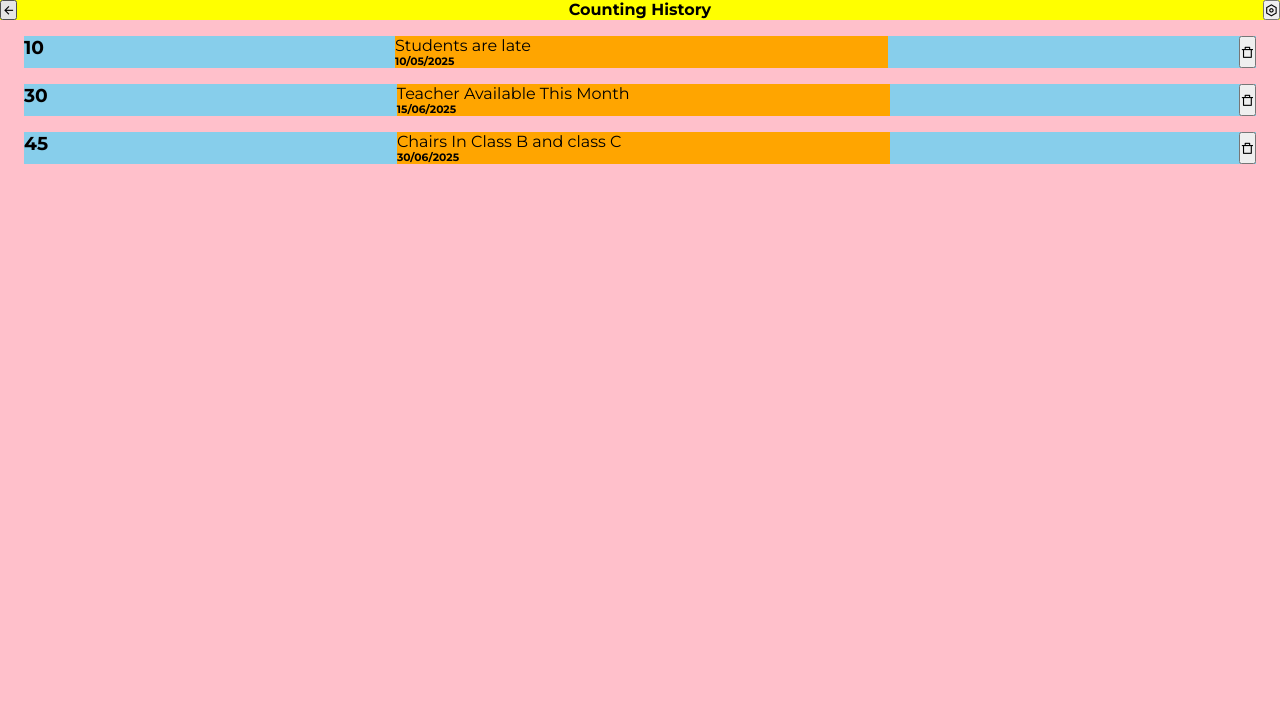
Repository: EguJaredoBoyd/Jared-Counter-App
Page: index.html
An editor plug-in stored every save of this project. The page is shown before and after the next save, followed by the edit.
The browser window is 1280 px wide. The pictures show the whole page.
After loading, the first visible `#toggle-button` was clicked once.

Above is the page before, as saved 2025-11-27 00:10:32.

### index.html
<!DOCTYPE html>
<html lang="en">

<head>
    <meta charset="UTF-8">
    <meta name="viewport" content="width=device-width, initial-scale=1.0">
    <title>Document</title>
    <link rel="preconnect" href="https://fonts.googleapis.com">
    <link rel="preconnect" href="https://fonts.gstatic.com" crossorigin>
    <link href="https://fonts.googleapis.com/css2?family=Montserrat:ital,wght@0,100..900;1,100..900&display=swap"
        rel="stylesheet">
    <link href="https://cdn.jsdelivr.net/npm/remixicon@4.2.0/fonts/remixicon.css" rel="stylesheet">
    <link rel="stylesheet" href="style.css">
    <script src="script.js" defer></script>
    <script src="toggle-script.js" defer></script>
</head>

<body id="body">
    <header>
        <button id="toggle-button"><i class="ri-menu-line"></i></button>
        <div class="header__button__ul--toggle-list" id="toggle-list">
            <div class="header__div__ul--header">
                <button id="toggle-button-close"><i class="ri-arrow-left-line"></i></button>
                <h4>Counting History</h4>
                <button><i class="ri-settings-line"></i></button>
            </div>
            <ul>
                <li>
                    <h3>10</h3>
                    <div class="li__div--content">
                        <p>Students are late</p>
                        <h6>
                            10/05/2025
                        </h6>
                    </div>
                    <button><i class="ri-delete-bin-7-line"></i></button>
                </li>
                <li>
                    <h3>30</h3>
                    <div class="li__div--content">
                        <p>Teacher Available This Month</p>
                        <h6>15/06/2025</h6>
                    </div>
                    <button><i class="ri-delete-bin-7-line"></i></button>
                </li>
                <li>
                    <h3>45</h3>
                    <div class="li__div--content">
                        <p>Chairs In Class B and class C</p>
                        <h6>30/06/2025</h6>
                    </div>
                    <button><i class="ri-delete-bin-7-line"></i></button>
                </li>
            </ul>
        </div>
        <button id="reset"><i class="ri-refresh-line"></i></button>
        <button><i class="ri-save-line"></i></i></button>
    </header>

    <main>
        <p id="start-count">0</p>
        <button id="decrement"><i class="ri-subtract-line"></i></button>
        <button id="increment"><i class="ri-add-large-line"></i></button>
    </main>

    <footer>
        <h6>JARED COUNTER APP</h6>
    </footer>







</body>

</html>

### style.css
* {
    padding: 0;
    margin: 0;
    box-sizing: border-box;
    font-family: "Montserrat", sans-serif;

}

:root {
    --primary-color: #0d1b2a;
    --secondary-color: #e0e1dd;
}

body {
    display: flex;
    flex-direction: column;
    height: 100vh;
    justify-content: space-between;
}

header {
    display: flex;
    justify-content: space-between;
    background-color: red;
}

.header__button__ul--toggle-list {
    background-color: pink;
    display: none;
    transform: translateX(100%);
    transition: transform 2s;
}

.header__button__ul--toggle-list.show {
    display: block;
    position: absolute;
    top: 0;
    right: 0;
    left: 0;
    bottom: 0;
    transform: translateX(0);
}

.header__div__ul--header {
    display: flex;
    justify-content: space-between;
    background-color: yellow;
}

li {
    display: flex;
    justify-content: space-between;
    margin: 1rem 1.5rem;
    gap: 5rem;
    background-color: skyblue;
}

.li__div--content {
    text-justify: inter-word;
    background-color: orange;
    width: 100%;
    max-width: 40%;
}

main {
    text-align: center;
    background-color: blue;
}

footer {
    text-align: center;
    background-color: green;
}

### script.js
//Get the last number clicked
let numberCount = Number(localStorage.getItem('increment')) || 0;

//Get last button clicked once the browser loads
let savedColor = localStorage.getItem('color');
let savedColor2 = localStorage.getItem('color2');
let savedColor3 = localStorage.getItem('color3')

let numberIncrement = document.querySelector('#increment');
let numberDecrement = document.getElementById('decrement');
let numberReset = document.querySelector('#reset');
let startCount = document.getElementById('start-count');

//Loads the the page with the last clicked number
startCount.textContent = numberCount;

//Uses the saved colour as a variable for the string 'red'
if (savedColor) {
    numberIncrement.style.backgroundColor = savedColor;
}
if (savedColor2) {
    numberDecrement.style.backgroundColor = savedColor2
}
if (savedColor3) {
    numberReset.style.backgroundColor = savedColor3;
}



numberIncrement.addEventListener('click', () => {
    let incrementColor = numberIncrement.style.backgroundColor = 'red';

    //Reset the other button colours
    numberDecrement.style.background = '';
    numberReset.style.background = '';

    //Save the color so it reminds user of last button clicked
    localStorage.setItem('color', incrementColor)
    //Remove colour storage for other buttons
    localStorage.removeItem('color2')
    localStorage.removeItem('color3')

    let counting = startCount.textContent = numberCount += 1;
    if (counting > 0) {
        startCount.style.color = 'green'
    }
    else if (counting === 0) {
        startCount.style.color = 'black';
    }
    if (numberCount < 0) {
        startCount.style.color = 'red'
    }

    //Save the number count to the localStorage
    localStorage.setItem('increment', numberCount);

})
numberDecrement.addEventListener('click', () => {
    let decrementColor = numberDecrement.style.backgroundColor = 'yellow';

    //Reset the other button colours
    numberIncrement.style.backgroundColor = '';
    numberReset.style.backgroundColor = '';

    //Save the color so it reminds user of last button clicked
    localStorage.setItem('color2', decrementColor)
    //Remove colour storage for other buttons
    localStorage.removeItem('color');
    localStorage.removeItem('color3')

    let negativeCounting = startCount.textContent = numberCount -= 1;
    if (negativeCounting < 0) {
        startCount.style.color = 'red'
    }
    else if (negativeCounting === 0) {
        startCount.style.color = 'black'
    }
    localStorage.setItem('increment', numberCount);
})
numberReset.addEventListener('click', () => {
    let resetColor = numberReset.style.backgroundColor = 'Blue';

    //Reset the other button colours
    numberIncrement.style.backgroundColor = '';
    numberDecrement.style.backgroundColor = '';

    //Save the color so it reminds user of last button clicked
    localStorage.setItem('color3', resetColor)
    //Remove colour storage for other buttons
    localStorage.removeItem('color');
    localStorage.removeItem('color2');

    let resetCounting = startCount.textContent = numberCount = 0;
    if (resetCounting === 0) {
        startCount.style.color = 'black'
    }
    localStorage.setItem('increment', numberCount);
})

### toggle-script.js
//Target the toggle button
let toggleButton = document.getElementById('toggle-button');
let toggleList = document.getElementById('toggle-list');
let toggleButtonClose = document.getElementById('toggle-button-close');

//Toggle the button to show the list
toggleButton.addEventListener('click', () => {
    toggleList.classList.toggle('show');
})

//Toggle the close button to remove list
toggleButtonClose.addEventListener('click', () => {
    toggleList.classList.toggle('show');
})

After the next save:
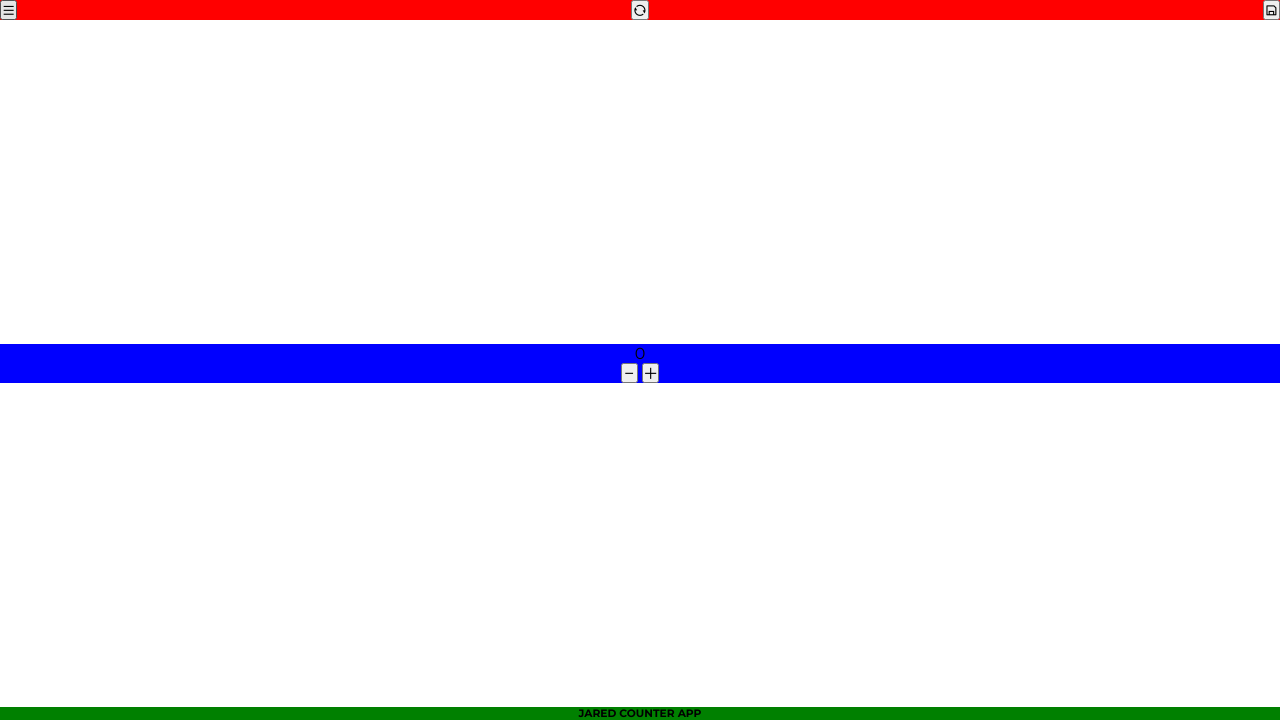
Saved 25 s later.
--- a/style.css
+++ b/style.css
@@ -38,7 +38,7 @@
     right: 0;
     left: 0;
     bottom: 0;
-    transform: translateX(0);
+    transform: translateX(-100%);
 }
 
 .header__div__ul--header {

After the save that followed:
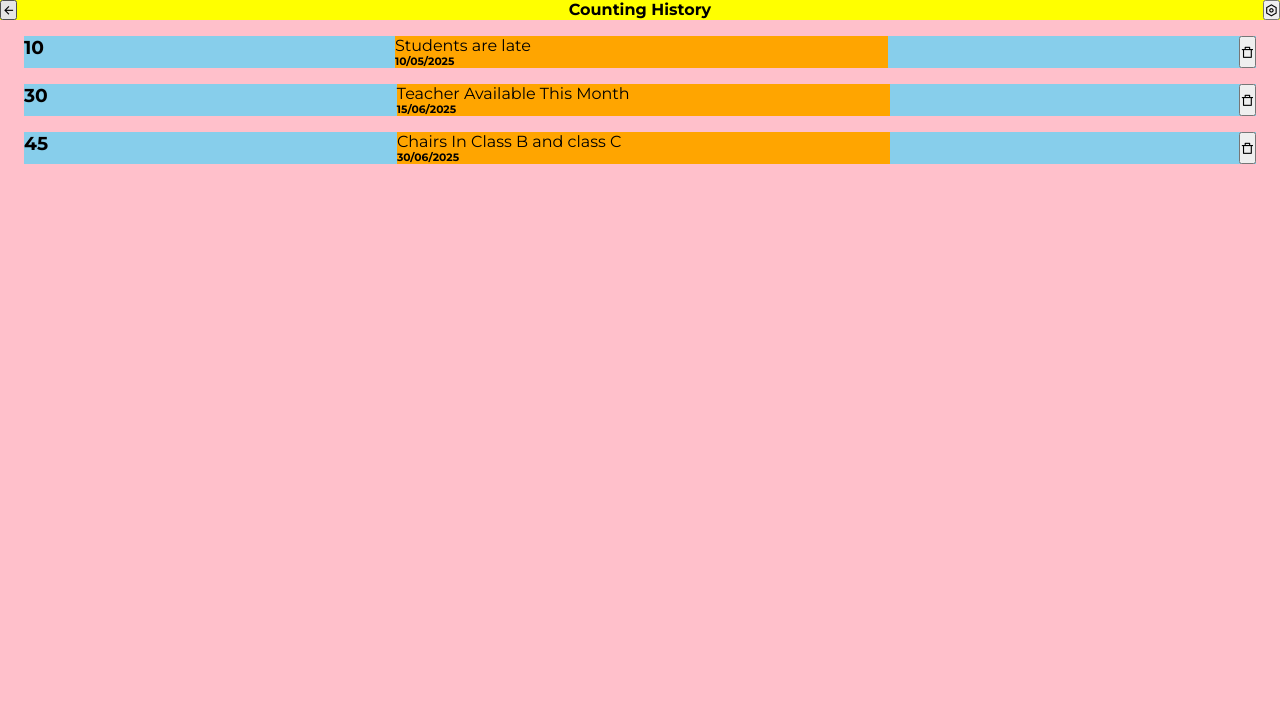
Saved 11 s later.
--- a/style.css
+++ b/style.css
@@ -38,7 +38,7 @@
     right: 0;
     left: 0;
     bottom: 0;
-    transform: translateX(-100%);
+    transform: translateX(0);
 }
 
 .header__div__ul--header {
